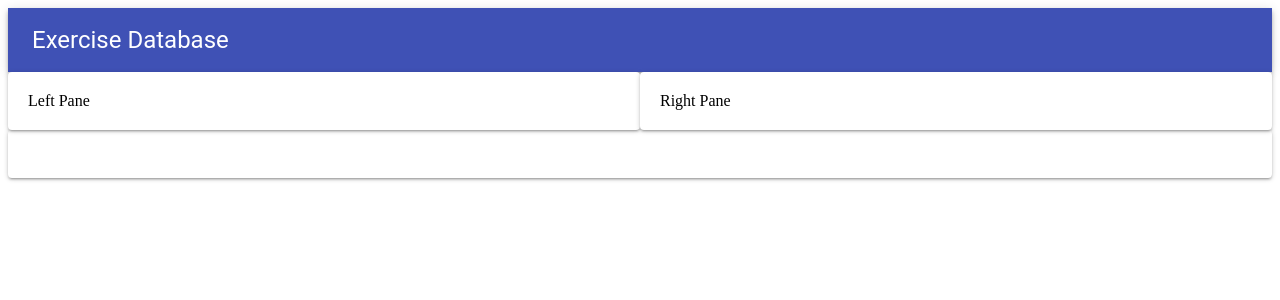
Repository: Votex874/material-ui
Page: /
These files come from the project's save history. The page is drawn as it stood at one moment and after the next save; the edit follows.
The browser window is 1280 px wide. The pictures show the whole page.
The project was rebuilt for these pictures with package versions that can differ from the ones it lists, and the page was loaded fresh each time.

Above is the page before, as saved 2019-03-24 12:33:36.

After the next save:
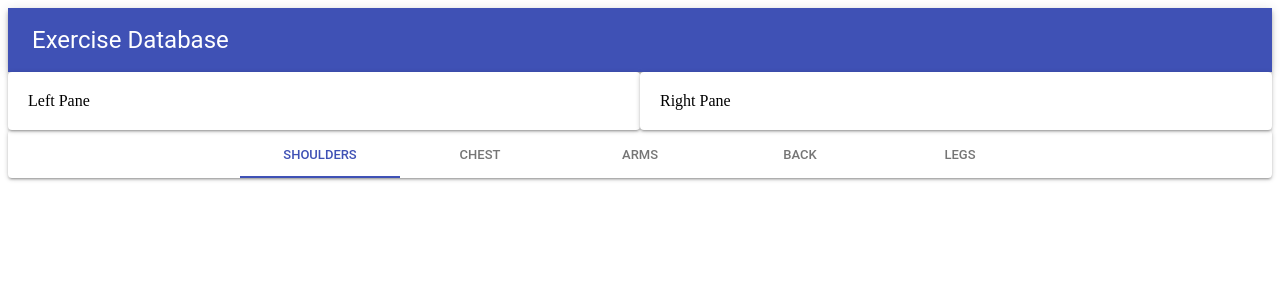
Saved 8 s later.
--- a/src/Components/Layouts/Footer.js
+++ b/src/Components/Layouts/Footer.js
@@ -12,7 +12,7 @@ const Footer = ({ muscles }) => {
         centered
       >
         {muscles.map( group => {
-          <Tab label={group} />
+          return <Tab label={group} />
         })}
       </Tabs>
     </Paper>
